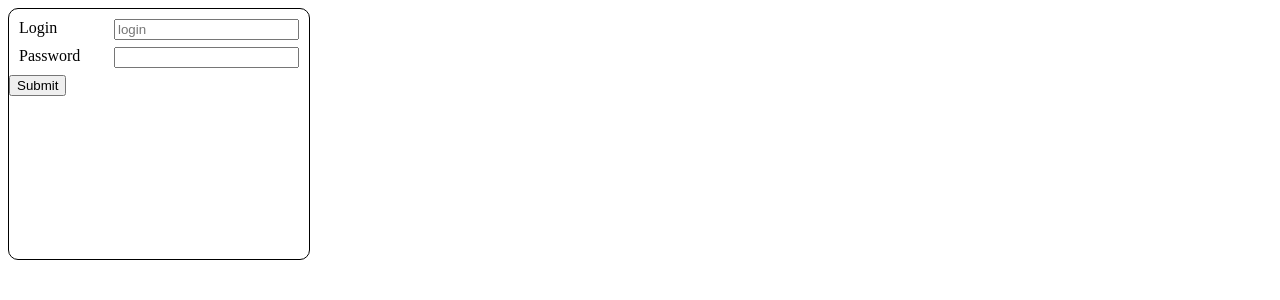
Repository: maxchv/JavaLessons
Page: http://localhost/LibraryProject/
These files come from the project's save history. The page is drawn as it stood at one moment and after the next save; the edit follows.
The browser window is 1280 px wide. The pictures show the whole page.
The page is served by Tomcat 9.

Above is the page before, as saved 2016-04-18 15:33:49.

### Lesson19/workspace/LibraryProject/WebContent/index.jsp
<%@ page language="java" contentType="text/html; charset=UTF-8"
    pageEncoding="UTF-8"%>
<!DOCTYPE html>
<html>
<head>
<meta charset="utf-8">
<title>Библиотека</title>
<link rel="stylesheet" href="css/style.css" />
</head>
<body>

<form id="login" action="login" method="post">
	<label>
		Login
		<input type="text" placeholder="login" name="login" />
	</label>
	<label>
		Password
		<input type="password" name="password" />
	</label>
	<input type="submit" />
</form>

</body>
</html>

### Lesson19/workspace/LibraryProject/WebContent/css/style.css
@CHARSET "UTF-8";
#login {
	width: 300px;
	height: 250px;
	border: 1px solid black;
	border-radius: 10px;
}
#login > label {
	display: block;
	margin: 10px;
}

#login > label > input {
	display: block;
	float: right;
}

After the next save:
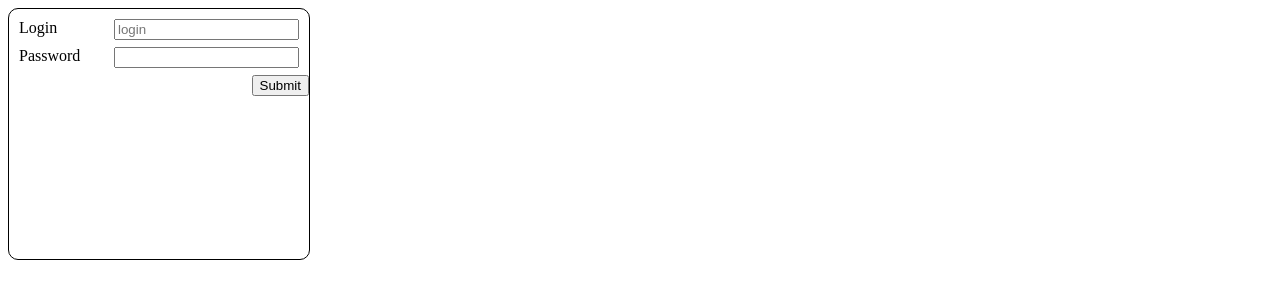
Saved 32 s later.
--- a/Lesson19/workspace/LibraryProject/WebContent/css/style.css
+++ b/Lesson19/workspace/LibraryProject/WebContent/css/style.css
@@ -14,3 +14,7 @@
 	display: block;
 	float: right;
 }
+
+#login > input[type=submit] {
+	float: right;
+}
